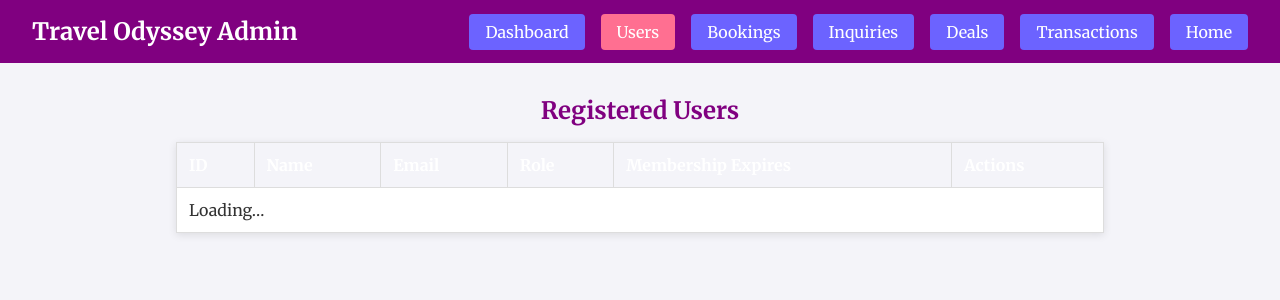
Repository: GHzPhoenix/Project-Odyssey
Page: Frontend/admin-users.html
An editor plug-in stored every save of this project. The page is shown before and after the next save, followed by the edit.
The browser window is 1280 px wide. The pictures show the whole page.
The page's requests for data from a server got no answer.

Above is the page before, as saved 2025-07-09 19:33:26.

After the next save:
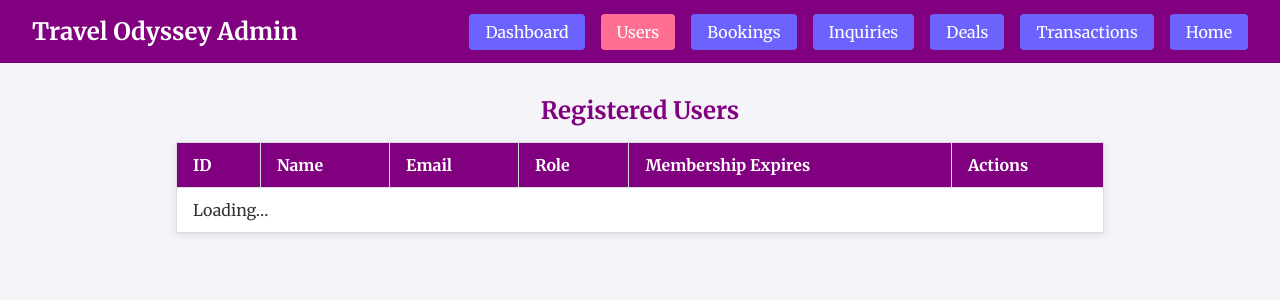
Saved 98 s later.
--- a/Frontend/admin-users.html
+++ b/Frontend/admin-users.html
@@ -5,84 +5,6 @@
     <meta name="viewport" content="width=device-width, initial-scale=1.0" />
     <title>Admin – User Management | Travel Odyssey</title>
     <link rel="stylesheet" href="/Frontend/css/admin-users.css" />
-    <style>
-      .section {
-        margin: 2rem 0 1rem;
-        font-size: 1.5rem;
-        color: purple;
-      }
-      table {
-        width: 100%;
-        border-collapse: collapse;
-      }
-      th,
-      td {
-        padding: 0.75rem;
-        border: 1px solid #ddd;
-        text-align: left;
-      }
-      th {
-        background: #f4f4f9;
-      }
-      .action-btn {
-        padding: 0.4rem 0.8rem;
-        border: none;
-        border-radius: 4px;
-        cursor: pointer;
-        font-size: 0.9rem;
-        margin-right: 0.5rem;
-      }
-      .edit-btn {
-        background: #007bff;
-        color: #fff;
-      }
-      .delete-btn {
-        background: #dc3545;
-        color: #fff;
-      }
-      .modal-overlay {
-        display: none;
-        position: fixed;
-        inset: 0;
-        background: rgba(0, 0, 0, 0.5);
-        align-items: center;
-        justify-content: center;
-        z-index: 1000;
-      }
-      .modal-overlay.active {
-        display: flex;
-      }
-      .modal {
-        background: #fff;
-        padding: 1.5rem;
-        border-radius: 8px;
-        width: 90%;
-        max-width: 600px;
-      }
-      .modal h3 {
-        margin-top: 0;
-        color: purple;
-      }
-      .input-group {
-        margin-bottom: 1rem;
-      }
-      .input-group label {
-        display: block;
-        margin-bottom: 0.4rem;
-        font-weight: 600;
-      }
-      .input-group input,
-      .input-group select {
-        width: 100%;
-        padding: 0.6rem;
-        border: 1px solid #ccc;
-        border-radius: 4px;
-      }
-      .modal-footer {
-        text-align: right;
-        margin-top: 1rem;
-      }
-    </style>
   </head>
   <body>
     <header>
@@ -121,7 +43,6 @@
       </table>
     </main>
 
-    <!-- Edit User Modal -->
     <div id="edit-modal" class="modal-overlay">
       <div class="modal">
         <h3>Edit User</h3>
@@ -174,8 +95,8 @@
           const tbody = document.querySelector("#users-table tbody");
           tbody.innerHTML = users
             .map(
-              (u) =>
-                `<tr>
+              (u) => `
+            <tr>
               <td>${u.id}</td>
               <td>${u.name}</td>
               <td>${u.email}</td>
@@ -189,7 +110,8 @@
                   u.id
                 }">Delete</button>
               </td>
-            </tr>`
+            </tr>
+          `
             )
             .join("");
           document
